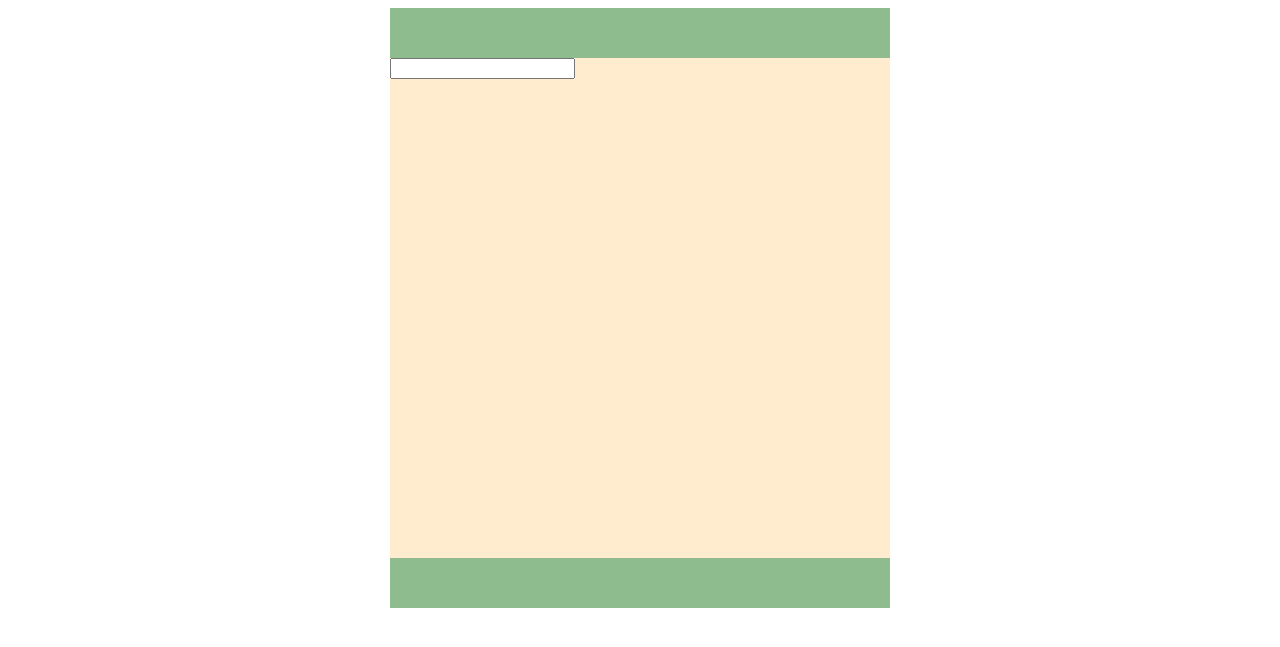
Repository: rumor1993/DreamCoding-Browser101
Page: Chapter05/index.html
The author's editor kept a copy of each file at every save. The page is drawn from the files as they stood at one save, then again after the next save.
The browser window is 1280 px wide. The pictures show the whole page.

Above is the page before, as saved 2020-12-30 12:03:11.

### Chapter05/index.html
<!DOCTYPE html>
<html lang="en">
  <head>
    <meta charset="UTF-8" />
    <meta name="viewport" content="width=device-width, initial-scale=1.0" />
    <title>Shoopping List</title>
    <style>
      .shoopping-list {
        position: relative;
        width: 500px;
        height: 600px;
        margin: 0 auto;
        background-color: blanchedalmond;
      }
      .header {
        position: relative;
        width: 500px;
        height: 50px;
        background-color: darkseagreen;
      }

      .contents {
        position: relative;
        width: 500px;
        height: 20px;
      }

      .footer {
        position: absolute;
        width: 500px;
        height: 50px;
        bottom: 0;
        background-color: darkseagreen;
      }
    </style>
  </head>
  <body>
    <div class="shoopping-list">
      <div class="header"></div>
      <div class="contents">
        <input type="text" class="" />
      </div>
      <div class="footer"></div>
    </div>
  </body>
</html>

After the next save:
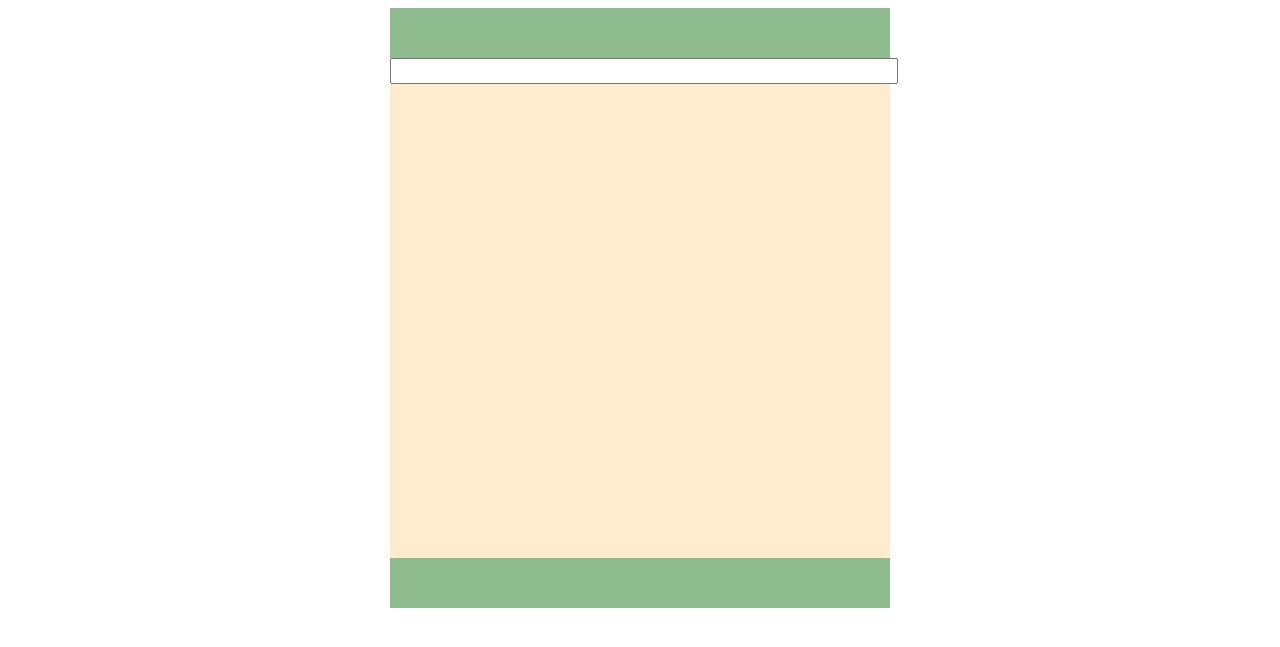
Saved 17 s later.
--- a/Chapter05/index.html
+++ b/Chapter05/index.html
@@ -25,6 +25,12 @@
         height: 20px;
       }
 
+      .contents input {
+        position: relative;
+        width: 500px;
+        height: 20px;
+      }
+
       .footer {
         position: absolute;
         width: 500px;
